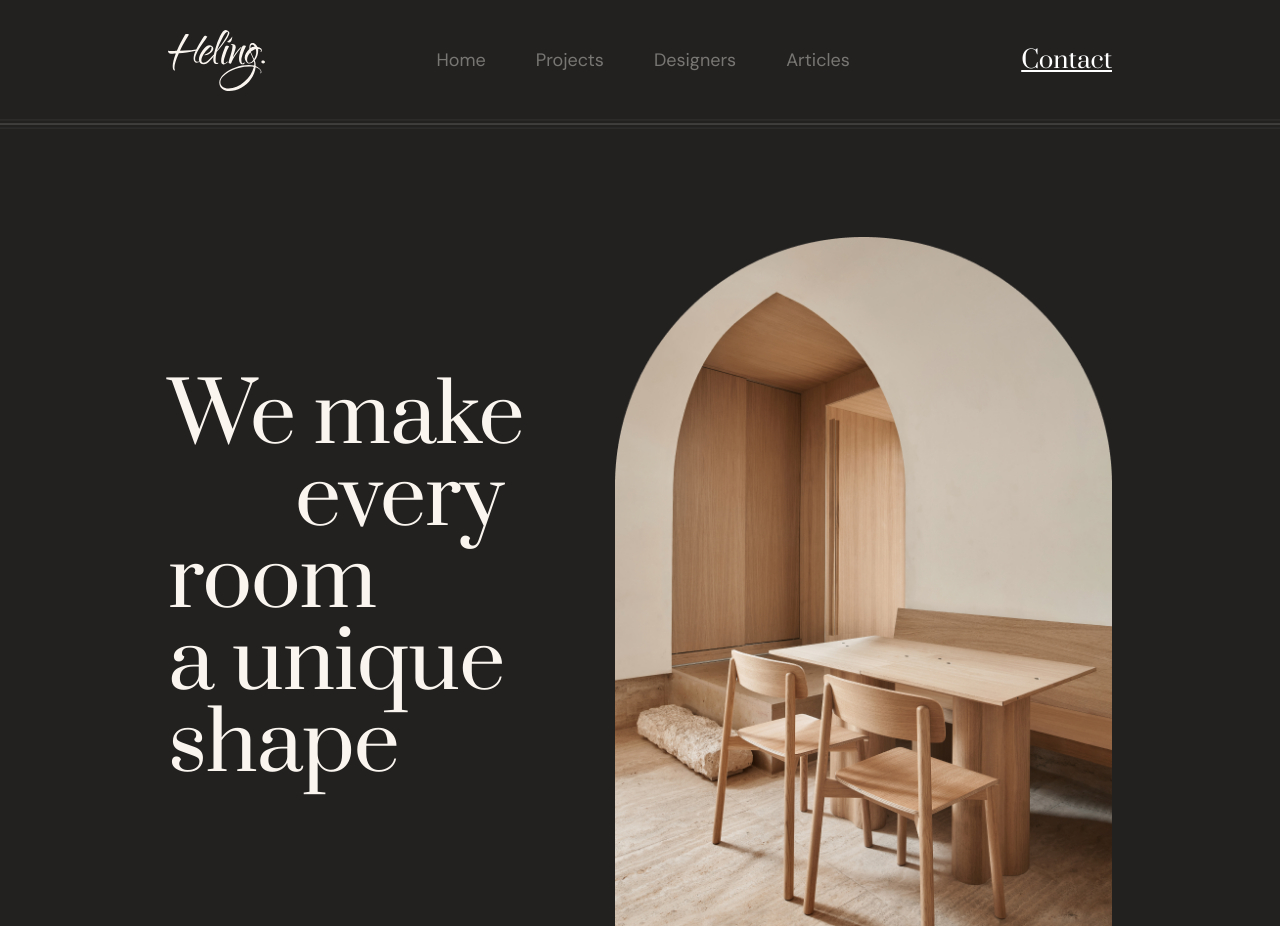
Repository: vandangnhathung/healingui_website
Page: /
These files come from the project's save history. The page is drawn as it stood at one moment and after the next save; the edit follows.
The browser window is 1280 px wide. The pictures show the whole page.
The project was rebuilt for these pictures with package versions that can differ from the ones it lists, and the page was loaded fresh each time. Also part of the build but not shown: src/App.css.

Above is the page before, as saved 2022-03-16 13:14:10.

After the next save:
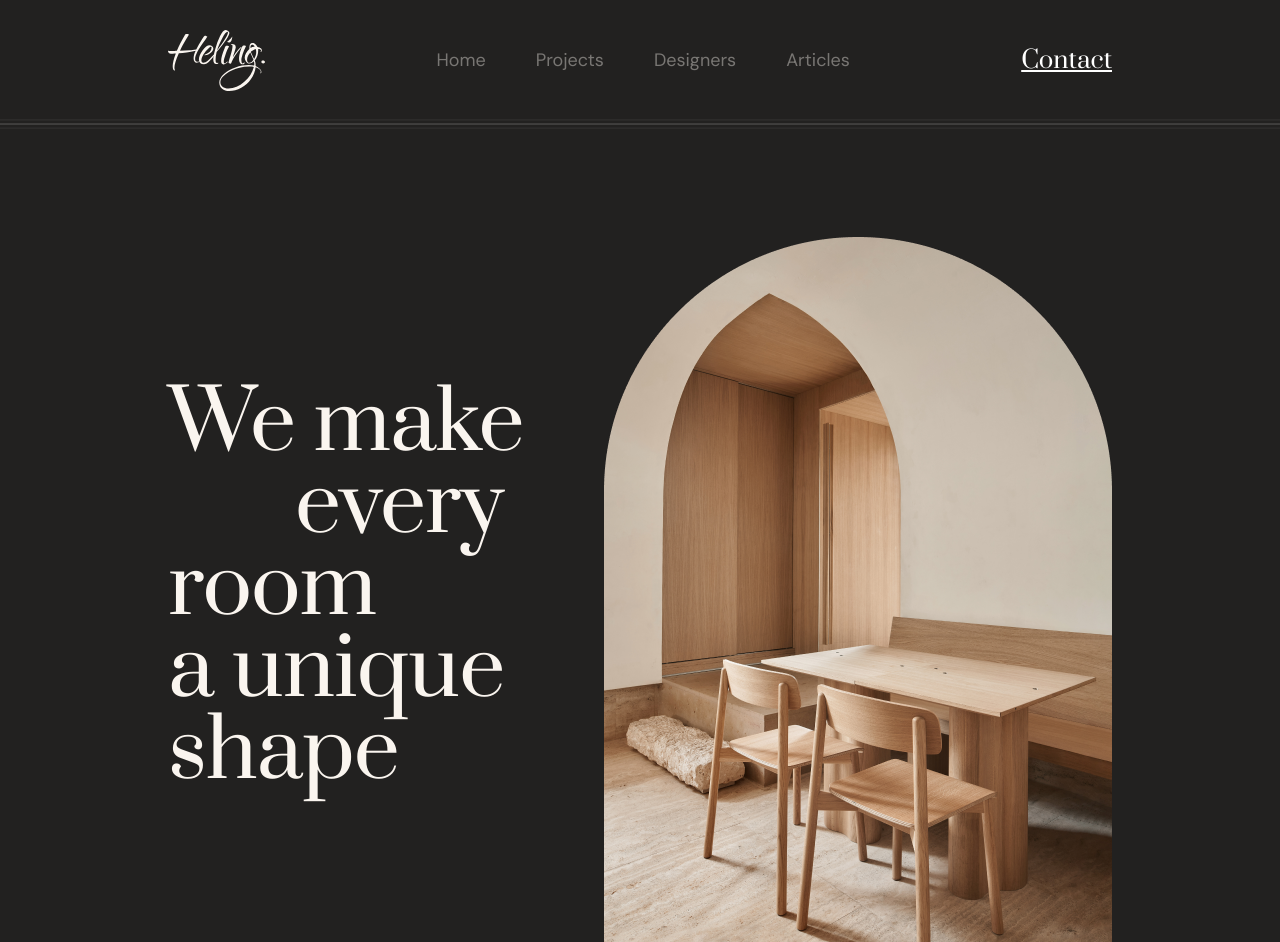
Saved 14 s later.
--- a/src/components/Container/Container.js
+++ b/src/components/Container/Container.js
@@ -21,7 +21,7 @@ const Container = () => {
     line-height: 1;
     font-family: "Prata", serif;
     color: #faf5ef;
-    max-width: 424px;
+    max-width: 362px;
   `;
   const Image1Div = styled.img`
     width: auto;
